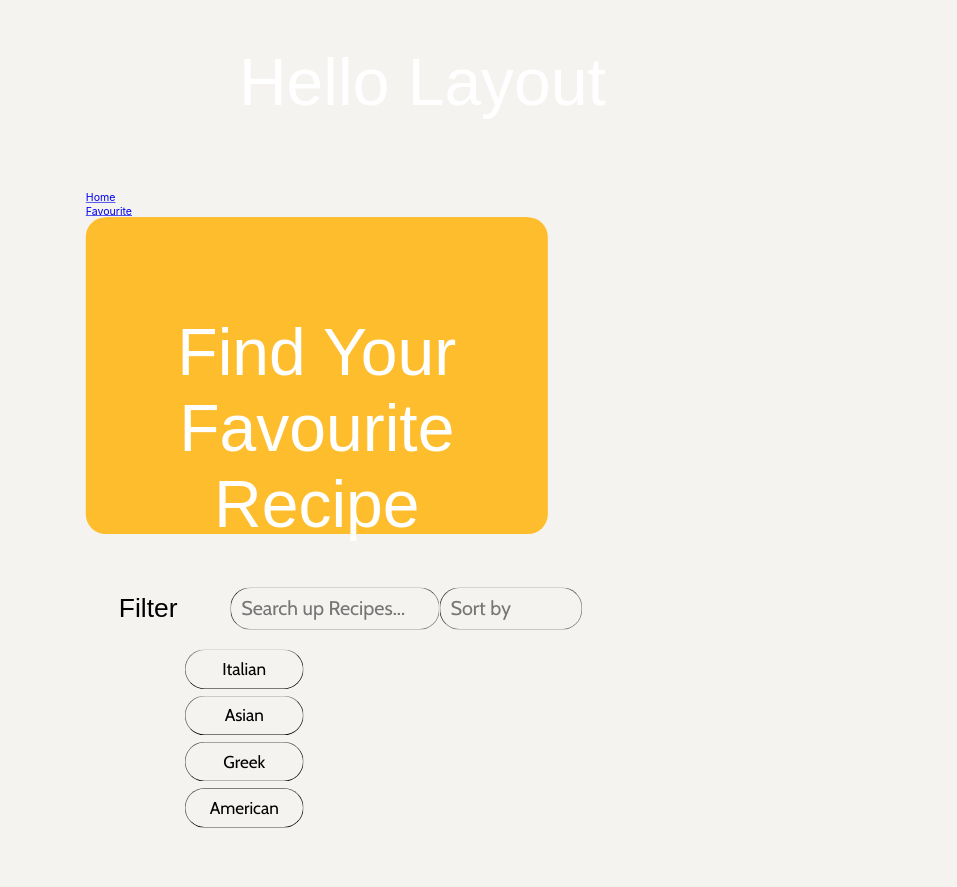
Repository: takamilinagaki/COMP3170-Project
Page: /
The author's editor kept a copy of each file at every save. The page is drawn from the files as they stood at one save, then again after a run of saves.
The browser window is 1280 px wide. The page is 1280 px wide, then 1450 px, so the pictures cover 1450 px, including what lies to the right of the window. The pictures show the whole page, at 66% of full size.
Some web fonts or font styles are not loaded; a fallback is used. The project was rebuilt for these pictures with package versions that can differ from the ones it lists, and the page was loaded fresh each time. Also part of the build but not shown: src/routes/Favourite.jsx.

Above is the page before, as saved 2023-11-19 21:47:04.

### src/App.js
import { BrowserRouter, Routes } from "react-router-dom";
import "./styles.css";
import { config } from "./routes/config";

export default function App(){
  return (
    <BrowserRouter>
    <Routes>
      {config}
    </Routes>
    </BrowserRouter>
  )
}

### src/styles.css
body {
    background-color: #F5F3F0;
  }
  .App {
    display: flex;
    flex-direction: column;
    padding: 10px 30px;
    margin: 0px 100px;
  }

  .homePageTopSection{
    height: 480px;
    background-color: #FEBD2D;
    border-radius: 30px;
    font-family: 'Cabin', sans-serif;
    margin: 0px 100px;
  }

  .navBar{
    padding: 0 30px;
  }

  h1{
    font-size: 100px;
    color: white;
    text-align: center;
    font-weight: normal;
    font-family: 'Cagliostro', sans-serif;
  }


  button{
    width: 180px;
    height: 60px;
    border-radius: 40px;
    border-width: 1px;
    background-color: #F5F3F0;
    font-size: 26px;
    font-family: 'Cabin', sans-serif;
  }

  button:hover{
    background-color: #FEBD2D;
  }

  .filterButtons{
    display: flex;
    flex-direction: column;
    gap: 10px;
  }

  .searchings{
    display: flex;
    flex-direction: row;
    align-items: center;
    justify-content: space-between;
  }

  .searchResults{
    display: flex;
    flex-direction: row;
  }

  .cards{
    display: grid;
    grid-template-columns: auto auto auto;
    gap: 30px
  }

  .searchInput{
    width: 670px;
    height: 60px;
    border-radius: 30px;
    font-size: 30px;
    border-width: 1px;
    background-color: #F5F3F0;
    font-family: 'Cabin', sans-serif;
  }

  .sort{
    width: 210px;
    height: 60px;
    border-radius: 30px;
    font-size: 30px;
    border-width: 1px;
    background-color: #F5F3F0;
    font-family: 'Cabin', sans-serif;
  }

  .filterFont{
    font-size: 40px;
    padding-right: 80px;
    font-family: 'Cagliostro', sans-serif;
  }

  .bottomSection{
    padding: 50px 50px;
  }

  .searchResults{
    padding: 0px 30px;
    justify-content: space-between;
  }

  @media (max-width: 1439px) {
    .App {
      width: 700px;
    }
  }

  @media (max-width: 2560px) {
    .App {
      display: flex;
      flex-direction: column;
      padding: 40px 30px;
      background-color: #F5F3F0;
      margin: 0px 100px;
    }
    .homePageTopSection{
      background-color: #FEBD2D;
      border-radius: 30px;
      font-family: 'Cabin', sans-serif;
      margin: 0;
    }
    .searchResults {
      padding: 0px 30px;
      padding-left: 100px;
      gap: 60px;
  }
  }

### src/routes/config.jsx
import { Route } from "react-router-dom";

import Layout from "../components/Layout";

import HomePage from "../routes/HomePage";
import Favourite from "../routes/Favourite";

export const config = (
    <Route element={<Layout/>}>
        <Route path ="/">
            <Route index element={<HomePage/>}/>
            <Route path="Favourite">
                <Route index element={<Favourite/>}/>
                <Route path=":id" element={<Favourite/>} />
            </Route>
        </Route>
    </Route>
)

### src/components/Layout.jsx
import { Outlet } from "react-router-dom";

export default function Layout(){
    return (
        <div>
            <h1>Hello Layout</h1>
            <Outlet/>
        </div>
    )
}

### src/routes/HomePage.jsx
import { Link } from "react-router-dom";

export default function HomePage() {
  return (
    <div className="App">
        <Link to="/">Home</Link>
        <Link to="Favourite">Favourite</Link>
      <div className="homePageTopSection">
        <div className="navBar">
        <div style={{
            width:'100%',
            height: '80px',
            backgroundColor: '#FEBD2D',
            fontSize: '16px',
            textAlign: 'center',
            alignSelf: 'center'
        }}>
        </div>
        </div>
         <h1>Find Your Favourite Recipe</h1>
      </div>

<div className="bottomSection">
   <div className="searchings">
          <p className="filterFont">Filter</p>
          <input
           className="searchInput"
           type="text"
           placeholder='  Search up Recipes...'/>

           <input
           className="sort"
           placeholder='  Sort by'
           />
    </div>

    <div className="searchResults">
         <div className="filterButtons">
          <button>Italian</button>
          <button>Asian</button>
          <button>Greek</button>
          <button>American</button>
         </div>

         <div className="cards">

         </div>
    </div>
</div>


    </div>
  );
}

### src/routes/HomePage.css
body {
  background-color: #F5F3F0;
}
.App {
  display: flex;
  flex-direction: column;
  padding: 10px 30px;
  margin: 0px 100px;
}

.homePageTopSection{
  height: 480px;
  background-color: #FEBD2D;
  border-radius: 30px;
  font-family: 'Cabin', sans-serif;
  margin: 0px 100px;
}

.navBar{
  padding: 0 30px;
}

h1{
  font-size: 100px;
  color: white;
  text-align: center;
  font-weight: normal;
  font-family: 'Cagliostro', sans-serif;
}


button{
  width: 180px;
  height: 60px;
  border-radius: 40px;
  border-width: 1px;
  background-color: #F5F3F0;
  font-size: 26px;
  font-family: 'Cabin', sans-serif;
}

button:hover{
  background-color: #FEBD2D;
}

.filterButtons{
  display: flex;
  flex-direction: column;
  gap: 10px;
}

.searchings{
  display: flex;
  flex-direction: row;
  align-items: center;
  justify-content: space-between;
}

.searchResults{
  display: flex;
  flex-direction: row;
}

.cards{
  display: grid;
  grid-template-columns: auto auto auto;
  gap: 30px
}

.searchInput{
  width: 670px;
  height: 60px;
  border-radius: 30px;
  font-size: 30px;
  border-width: 1px;
  background-color: #F5F3F0;
  font-family: 'Cabin', sans-serif;
}

.sort{
  width: 210px;
  height: 60px;
  border-radius: 30px;
  font-size: 30px;
  border-width: 1px;
  background-color: #F5F3F0;
  font-family: 'Cabin', sans-serif;
}

.filterFont{
  font-size: 40px;
  padding-right: 80px;
  font-family: 'Cagliostro', sans-serif;
}

.bottomSection{
  padding: 50px 50px;
}

.searchResults{
  padding: 0px 30px;
  justify-content: space-between;
}

@media (max-width: 1439px) {
  .App {
    width: 700px;
  }
}

@media (max-width: 2560px) {
  .App {
    display: flex;
    flex-direction: column;
    padding: 40px 30px;
    background-color: #F5F3F0;
    margin: 0px 100px;
  }
  .homePageTopSection{
    background-color: #FEBD2D;
    border-radius: 30px;
    font-family: 'Cabin', sans-serif;
    margin: 0;
  }
  .searchResults {
    padding: 0px 30px;
    padding-left: 100px;
    gap: 60px;
}
}

Loaded but not shown: public/index.html (common file); src/index.js (common file); src/index.css (common file); src/reportWebVitals.js (common file)

After the next 3 saves:
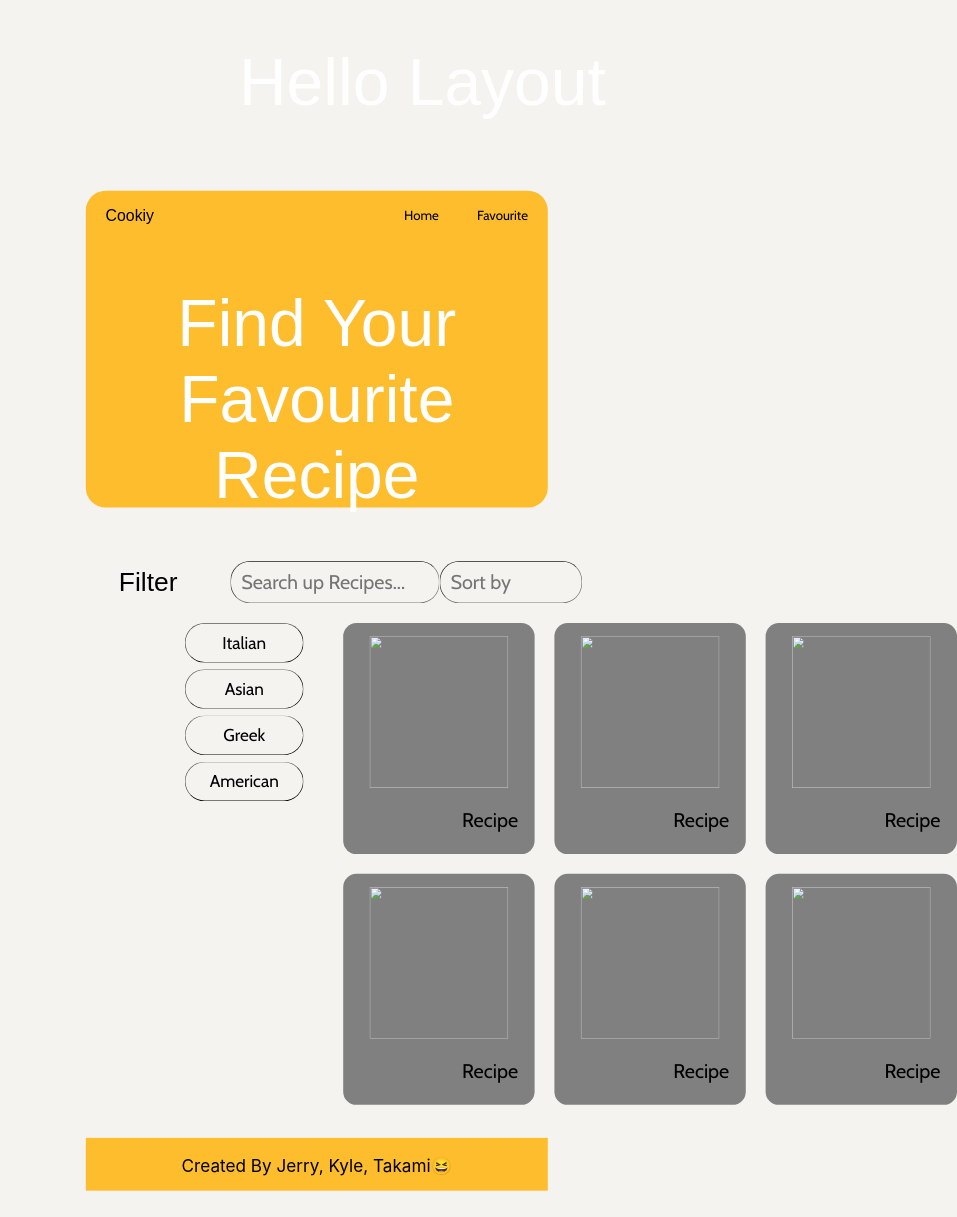
The 3 saves are shown as one change because 2 did not build or start.
The last was saved 4 min 10 s later.
--- a/src/styles.css
+++ b/src/styles.css
@@ -102,6 +102,47 @@ body {
     justify-content: space-between;
   }
 
+.topBarBody{
+    display: flex;
+    flex-direction: row;
+    align-items: center;
+    justify-content: space-between;
+   }
+
+   a{
+       padding-left: 58px;
+       text-decoration: none;
+       color: black;
+       font-size: 20px;
+       font-family: 'Cabin', sans-serif;
+   }
+
+   .logo{
+       font-size: 24px;
+       font-family: 'Dela Gothic One', sans-serif;
+   }
+   .card{
+    width: 290px;
+    height: 350px;
+    border-radius: 20px;
+    background-color: gray;
+    border-width: 2px;
+    display: flex;
+    flex-direction: column;
+    font-family: 'Cabin', sans-serif;
+
+}
+
+.cardImage{
+    display: flex;
+    justify-content: center;
+    padding-top: 20px;
+}
+
+.dishName{
+    font-size: 30px;
+    padding-left: 180px;
+}
   @media (max-width: 1439px) {
     .App {
       width: 700px;
--- a/src/routes/HomePage.jsx
+++ b/src/routes/HomePage.jsx
@@ -1,20 +1,20 @@
 import { Link } from "react-router-dom";
+import "./HomePage.css"
 
 export default function HomePage() {
   return (
     <div className="App">
-        <Link to="/">Home</Link>
-        <Link to="Favourite">Favourite</Link>
+
       <div className="homePageTopSection">
         <div className="navBar">
-        <div style={{
-            width:'100%',
-            height: '80px',
-            backgroundColor: '#FEBD2D',
-            fontSize: '16px',
-            textAlign: 'center',
-            alignSelf: 'center'
-        }}>
+        <div className="topBarBody">
+            <div>
+                <p className="logo">Cookiy</p>
+            </div>
+            <div>
+                <Link to="/">Home</Link>
+                <Link to="Favourite">Favourite</Link>
+            </div>
         </div>
         </div>
          <h1>Find Your Favourite Recipe</h1>
@@ -43,11 +43,73 @@ export default function HomePage() {
          </div>
 
          <div className="cards">
-
+         <div className='card'>
+          <div className='cardImage'>
+            <img
+              src=""
+              width={210}
+              height={230}/>
+          </div>
+          <p className='dishName'>Recipe</p>
+        </div>
+        <div className='card'>
+          <div className='cardImage'>
+            <img
+              src=""
+              width={210}
+              height={230}/>
+          </div>
+          <p className='dishName'>Recipe</p>
+        </div>
+        <div className='card'>
+          <div className='cardImage'>
+            <img
+              src=""
+              width={210}
+              height={230}/>
+          </div>
+          <p className='dishName'>Recipe</p>
+        </div>
+        <div className='card'>
+          <div className='cardImage'>
+            <img
+              src=""
+              width={210}
+              height={230}/>
+          </div>
+          <p className='dishName'>Recipe</p>
+        </div>
+        <div className='card'>
+          <div className='cardImage'>
+            <img
+              src=""
+              width={210}
+              height={230}/>
+          </div>
+          <p className='dishName'>Recipe</p>
+        </div>
+        <div className='card'>
+          <div className='cardImage'>
+            <img
+              src=""
+              width={210}
+              height={230}/>
+          </div>
+          <p className='dishName'>Recipe</p>
+        </div>
          </div>
     </div>
 </div>
-
+<div style={{
+            width:'100%',
+            height: '80px',
+            backgroundColor: '#FEBD2D',
+            fontSize: '16px',
+            textAlign: 'center',
+            alignSelf: 'center'
+        }}>
+          <p style={{fontSize: 26}}>Created By Jerry, Kyle, Takami😆</p>
+        </div>
 
     </div>
   );
